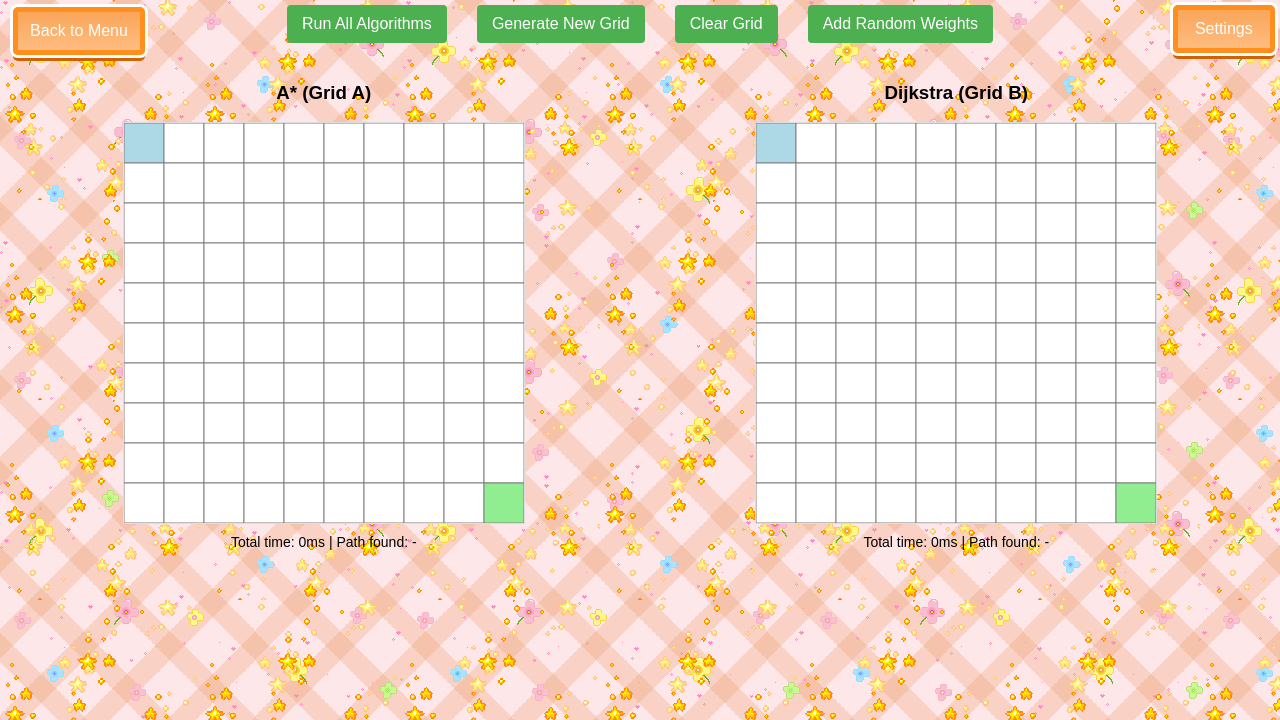
Repository: ramosfranz/Hamster-Crossing
Page: game.html
These files come from the project's save history. The page is drawn as it stood at one moment and after the next save; the edit follows.
The browser window is 1280 px wide. The pictures show the whole page.
Some web fonts or font styles are not loaded; a fallback is used.

Above is the page before, as saved 2025-05-04 23:02:45.

### game.html
<!DOCTYPE html>
<html lang="en">
<head>
    <meta charset="UTF-8">
    <meta name="viewport" content="width=device-width, initial-scale=1.0">
    <link rel="preconnect" href="https://fonts.googleapis.com">
    <link rel="preconnect" href="https://fonts.gstatic.com" crossorigin>
    <link href="https://fonts.googleapis.com/css2?family=Jersey+10+Charted&family=Jersey+20&family=Jersey+25+Charted&display=swap" rel="stylesheet">
    <title>Hamster Crossing</title>
    <link rel="icon" type="image/x-icon" href="assets/images/favicon.ico">
    <link rel="stylesheet" href="styles.css">
</head>
<body>
    <div class="header-buttons">
        <a class="pixelButton" id="backButton" href="menu.html">Back to Menu</a>
        <button class="pixelButton" id="settingsButton">Settings</button>
    </div>

    <!-- Settings Popup -->
    <div id="settingsPopup" class="popup">
        <div class="popup-content">
            <span class="close-popup">&times;</span>
            <h3>Settings</h3>

            <div class="setting-item">
                <label for="volumeSlider">Adjust Volume:</label>
                <input type="range" id="volumeSlider" min="0" max="100" value="50">
            </div>

            <div class="setting-item">
                <label for="hamsterDropdown">Change Hamster:</label>
                <select id="hamsterDropdown">
                    <option value="hamster1">Default Hamster</option>
                    <option value="hamster2">Speedy Hamster</option>
                    <option value="hamster3">Colorful Hamster</option>
                </select>
            </div>

            <div class="setting-item">
                <label>Number of Grids: <span class="grid-count-value">2</span></label>
                <div class="grid-count-container">
                    <input type="range" id="gridCount" min="1" max="5" value="2">
                </div>
            </div>

            <div id="gridSettings">
                <!-- Grid settings will be added here dynamically -->
            </div>

            <button id="applySettings">Apply Settings</button>
        </div>
    </div>
    <div id="controls">
        <button id="runButton">Run All Algorithms</button>
        <button id="generateButton">Generate New Grid</button>
        <button id="clearButton">Clear Grid</button>
        <button id="addWeightsButton">Add Random Weights</button>
    </div>

    <button id="stopButton">Stop and Clear Searching</button>

    <div id="grids-container">
        <!-- Grids will be added here dynamically -->
    </div>

    <!--<script src="pathfind.js" type="module"></script>
    <script src="settingsPopUp.js"  type="module"></script>
    <script src="algorithms.js"  type="module"></script> -->
    <script type="module" src="js/app.js"></script>
</body>
</html>

### styles.css
html, body {
    font-family: "Jersey 20", sans-serif;
    margin: 0;
    padding: 0;
    height: 100%;
    scroll-behavior: smooth;
    background-image:url(assets/images/backgrounds/starbg.gif), url(assets/images/backgrounds/bg_tryA.gif), url(assets/images/backgrounds/bg_hamu.png);
    background-size: auto, auto, 20%;
    background-repeat: auto, auto, space;
    image-rendering: pixelated;
}

.home {
    display: flex;
    flex-direction: column;
    justify-content: center;
    align-items: center;
    height: 100%;
    text-align: center;
}

#logo {
    width: 40%;
    max-height: 100%;
    margin-bottom: 0.5%;
    image-rendering: pixelated;
}

.pixelButton {
    padding: 10px 5%;
    margin-bottom: 3%;
    font-size: 1.5rem;
    color: #fff;
    border: 5px solid #ff8e1c;
    border-radius: 4px;
    background: linear-gradient(to bottom, #f9a65a, #ffbc80);
    box-shadow:
        0 0 0 3px #fff,
        0 6px #d36102;
    cursor: pointer;
    text-align: center;
    font-family: "Jersey 20", sans-serif;
    width: 100%;
    transition: transform 0.1s ease, box-shadow 0.1s ease;
    image-rendering: pixelated;
}

.pixelButton:hover {
    background: linear-gradient(to bottom, #ffa9b8, #ff605f);
    border-color: #ff1a14;
}

.pixelButton:active {
    transform: translateY(4px);
    box-shadow: 0 0 #000;
}


.menu {
    margin-bottom: 20px;
}
button {
    padding: 10px 20px;
    font-size: 16px;
    margin: 5px;
    cursor: pointer;
}

#controls {
    display: flex;
    justify-content: center;
    gap: 20px;
    flex-wrap: wrap;
}
#grids-container {
    display: flex;
    flex-wrap: wrap;
    justify-content: center;
    gap: 20px;
}
.canvas-container {
    display: flex;
    flex-direction: column;
    align-items: center;
    position: relative;
}
.timer {
    margin-top: 10px;
    font-size: 14px;
    text-align: center;
}
#warning {
    color: red;
    font-weight: bold;
    margin: 10px 0;
    text-align: center;
}
#stopButton {
    display: none;
    padding: 10px;
    background-color: red;
    color: white;
    border: none;
    cursor: pointer;
    border-radius: 5px;
    margin: 0 auto;
}
#backButton {
    width: 8%;
    position: fixed;
    left: 1%;
    top: 1%;
    padding: 10px;
    cursor: pointer;
    text-decoration: none;
    font-size: 16px;
    border-radius: 5px;
}

#settingsButton {
    position: fixed;
    width: 8%;
    right: -0%;
    padding: 10px;
    border-radius: 5px;
    cursor: pointer;
    font-size: 16px;
}

button {
    padding: 10px 15px;
    background-color: #4CAF50;
    color: white;
    border: none;
    border-radius: 4px;
    cursor: pointer;
    font-size: 16px;
}
button:hover {
    background-color: #45a049;
}
button:disabled {
    background-color: #cccccc;
    cursor: not-allowed;
}
.weight {
    position: absolute;
    font-size: 10px;
    font-weight: bold;
    color: black;
    pointer-events: none;
}

.header-buttons {
    display: flex;
    justify-content: space-between;
}


.popup {
    display: none;
    position: fixed;
    top: 0;
    left: 0;
    width: 100%;
    height: 100%;
    background-color: rgba(0,0,0,0.5);
    z-index: 1000;
}

.popup-content {
    background-color: white;
    margin: 10% auto;
    padding: 20px;
    width: 50%;
    max-width: 500px;
    border-radius: 8px;
    position: relative;
}

.close-popup {
    position: absolute;
    top: 10px;
    right: 20px;
    font-size: 24px;
    cursor: pointer;
}

.setting-item {
    margin: 15px 0;
}

.setting-item label {
    display: block;
    margin-bottom: 5px;
    font-weight: bold;
}

.setting-item input[type="range"],
.setting-item select,
.setting-item input[type="number"] {
    width: 100%;
    padding: 8px;
    border: 1px solid #ddd;
    border-radius: 4px;
}

#applySettings {
    margin-top: 20px;
    padding: 10px 15px;
    background-color: #4CAF50;
    color: white;
    border: none;
    border-radius: 4px;
    cursor: pointer;
    width: 100%;
}

#applySettings:hover {
    background-color: #45a049;
}

.grid-algorithm-select {
    margin-top: 10px;
}


.popup-content {
    width: 90%;
    max-width: 400px;
    margin: 5% auto;
    padding: 15px;
}

#gridCount {
    width: 100%;
    margin-top: 5px;
}

.grid-count-container {
    display: flex;
    align-items: center;
    gap: 10px;
}

.grid-count-value {
    font-weight: bold;
}

#grids-container {
    display: grid;
    grid-template-columns: repeat(auto-fit, minmax(200px, 1fr));
    gap: 15px;
    padding: 15px;
    width: 100%;
    box-sizing: border-box;
    justify-content: center;
}

/* Grid selection layout */
.grid-selection-row {
    display: flex;
    gap: 15px;
    margin-bottom: 15px;
}

.grid-selection-item {
    flex: 1;
    min-width: 120px;
}

.grid-selection-item.disabled {
    opacity: 0.6;
    pointer-events: none;
}

.grid-selection-item label {
    display: block;
    margin-bottom: 5px;
    color: #333;
}

.grid-selection-item select {
    width: 100%;
    padding: 6px;
    border: 1px solid #ddd;
    border-radius: 4px;
    background: white;
}

.grid-selection-item.disabled select {
    background: #f5f5f5;
}

.canvas-container {
    position: relative;
    width: 100%;
    max-width: 400px;
    margin: 0 auto;
}


.canvas-container canvas {
    width: 100%;
    height: auto;
    aspect-ratio: 1;
    border: 1px solid #ddd;
}

@media (max-width: 600px) {
    #grids-container {
        grid-template-columns: 1fr;
    }

    .popup-content {
        width: 90%;
        margin: 20px auto;
    }
}

@media (min-width: 601px) and (max-width: 1200px) {
    #grids-container {
        grid-template-columns: repeat(auto-fit, minmax(250px, 1fr));
    }
}

/* Modify existing grid count input */
#gridCount[type="range"] {
    -webkit-appearance: none;
    width: 100%;
    height: 8px;
    background: #ddd;
    border-radius: 4px;
}

#gridCount[type="range"]::-webkit-slider-thumb {
    -webkit-appearance: none;
    width: 20px;
    height: 20px;
    background: #4CAF50;
    border-radius: 50%;
    cursor: pointer;
}

### js/app.js
import { initializeGrid } from './gridManager.js';
import { setupEventListeners, renderGrids } from './domManager.js';

export function init() {
    setupEventListeners();
    renderGrids();
    initializeGrid();
}

document.addEventListener('DOMContentLoaded', init);

### js/gridManager.js
import { drawGrid } from './visualizer.js';

export const rows = 10;
export const cols = 10;
export const start = { x: 0, y: 0 };

let grid = [];
let goal = { x: cols - 1, y: rows - 1 };

export function getGrid() { return grid; }
export function getGoal() { return goal; }
export function getStart() { return start; }

export function setGoal(newGoal) {
    // Clear old goal cell
    const oldGoal = goal;
    grid[oldGoal.y][oldGoal.x] = {
        ...grid[oldGoal.y][oldGoal.x],
        wall: false,
        weight: 1
    };

    // Set new goal
    goal = newGoal;

    // Update new goal cell
    grid[newGoal.y][newGoal.x] = {
        ...grid[newGoal.y][newGoal.x],
        wall: false,
        weight: 1
    };
}


export function initializeGrid() {
    grid = [];
    for (let y = 0; y < rows; y++) {
        const row = [];
        for (let x = 0; x < cols; x++) {
            row.push({ wall: false, weight: 1, x, y });
        }
        grid.push(row);
    }
    resetSpecialCells();
    drawGrid();
}

function resetSpecialCells() {
    grid[start.y][start.x] = { ...grid[start.y][start.x], wall: false, weight: 1 };
    grid[goal.y][goal.x] = { ...grid[goal.y][goal.x], wall: false, weight: 1 };
}

export function generateRandomGrid() {
    grid = [];
    for (let y = 0; y < rows; y++) {
        const row = [];
        for (let x = 0; x < cols; x++) {
            row.push({ wall: Math.random() < 0.2, weight: 1, x, y });
        }
        grid.push(row);
    }
    placeRandomGoal();
    resetSpecialCells();
    drawGrid();
}

function placeRandomGoal() {
    let goalPlaced = false;
    while (!goalPlaced) {
        const randomX = Math.floor(Math.random() * cols);
        const randomY = Math.floor(Math.random() * rows);
        if ((randomX !== start.x || randomY !== start.y) && !grid[randomY][randomX].wall) {
            goal = { x: randomX, y: randomY };
            goalPlaced = true;
        }
    }
}

export function addRandomWeights() {
    for (let y = 0; y < rows; y++) {
        for (let x = 0; x < cols; x++) {
            if ((x === start.x && y === start.y) || (x === goal.x && y === goal.y) || grid[y][x].wall) continue;
            grid[y][x].weight = Math.floor(Math.random() * 5) + 1;
        }
    }
    drawGrid();
}

### js/visualizer.js
import { rows, cols, getGrid, getGoal, start } from './gridManager.js';
import { sleep } from './utils.js';

export const canvases = {};
export const ctx = {};


export function registerCanvas(gridId, canvas) {
    canvases[gridId] = canvas;
    ctx[gridId] = canvas.getContext('2d');
}

export function drawGrid() {
    const grid = getGrid();
    const goal = getGoal();

    for (const algorithmId in ctx) {
        const currentCtx = ctx[algorithmId];
        const canvas = canvases[algorithmId];
        const cellSize = canvas.width / cols;

        currentCtx.clearRect(0, 0, canvas.width, canvas.height);

        for (const row of grid) {
            for (const cell of row) {
                if (cell.wall) {
                    currentCtx.fillStyle = "darkgray";
                } else if (cell.x === start.x && cell.y === start.y) {
                    currentCtx.fillStyle = "lightblue";
                } else if (cell.x === goal.x && cell.y === goal.y) {
                    currentCtx.fillStyle = "lightgreen";
                } else {
                    const intensity = 255 - (cell.weight - 1) * 40;
                    currentCtx.fillStyle = `rgb(${intensity}, ${intensity}, ${intensity})`;
                }

                currentCtx.fillRect(cell.x * cellSize, cell.y * cellSize, cellSize, cellSize);
                currentCtx.strokeStyle = "gray";
                currentCtx.strokeRect(cell.x * cellSize, cell.y * cellSize, cellSize, cellSize);

                if (!cell.wall && cell.weight > 1) {
                    currentCtx.fillStyle = "black";
                    currentCtx.font = "12px Arial";
                    currentCtx.textAlign = "center";
                    currentCtx.textBaseline = "middle";
                    currentCtx.fillText(
                        cell.weight.toString(),
                        cell.x * cellSize + cellSize / 2,
                        cell.y * cellSize + cellSize / 2
                    );
                }
            }
        }
    }
}

export async function drawPathWithHead(ctx, cameFrom, current, lineColor, headColor) {
    const path = [];
    const canvas = ctx.canvas;
    const cellSize = canvas.width / cols;
    while (cameFrom[`${current.x},${current.y}`]) {
        path.push(current);
        current = cameFrom[`${current.x},${current.y}`];
    }
    path.reverse();

    for (let i = 0; i < path.length; i++) {
        const cell = path[i];

        if (i > 0) {
            ctx.fillStyle = lineColor;
            const prevCell = path[i - 1];
            ctx.fillRect(prevCell.x * cellSize, prevCell.y * cellSize, cellSize, cellSize);
        }

        ctx.fillStyle = lineColor;
        ctx.fillRect(cell.x * cellSize, cell.y * cellSize, cellSize, cellSize);

        ctx.beginPath();
        ctx.arc(
            cell.x * cellSize + cellSize / 2,
            cell.y * cellSize + cellSize / 2,
            cellSize / 2.5,
            0,
            2 * Math.PI
        );
        ctx.fillStyle = headColor;
        ctx.fill();

        await sleep(200);
    }
}

### js/stateManager.js
export const settings = {
    volume: 50,
    hamster: 'hamster1',
    gridCount: 2,
    gridAlgorithms: ['aStar', 'dijkstra']
};

export let searchInProgress = false;
export const timers = {};

export function setSearchInProgress(value) {
    searchInProgress = value;
}

export function resetTimers() {
    for (const key in timers) {
        timers[key].textContent = "Total time: 0ms | Path found: -";
    }
}

### js/algorithms/aStar.js
import { heuristic, getNeighbors, sleep } from '../utils.js';
import { getGrid, rows, cols, start, getGoal } from '../gridManager.js';
import { drawPathWithHead } from '../visualizer.js';

export async function animateAStar(ctx, timerElement) {
    const grid = getGrid();
    const goal = getGoal();
    const canvas = ctx.canvas;
    const cellSize = canvas.width / cols;
    const neighbors = getNeighbors(grid, cols, rows);
    const waitSecondsSearch = 100;

    const openSet = [start];
    const cameFrom = {};
    const gScore = Array(rows).fill().map(() => Array(cols).fill(Infinity));
    gScore[start.y][start.x] = 0;
    const fScore = Array(rows).fill().map(() => Array(cols).fill(Infinity));
    fScore[start.y][start.x] = heuristic(start, goal);

    const startTime = performance.now();
    let pathFoundTime = null;

    while (openSet.length > 0) {
        openSet.sort((a, b) => fScore[a.y][a.x] - fScore[b.y][b.x]);
        const current = openSet.shift();

        if (current.x === goal.x && current.y === goal.y) {
            pathFoundTime = performance.now() - startTime;
            timerElement.textContent = `Total time: ${Math.round(performance.now() - startTime)}ms | Path found: Yes`;
            await drawPathWithHead(ctx, cameFrom, current, "yellow", "orange");
            return;
        }

        ctx.fillStyle = "rgba(255, 255, 128, 0.5)";
        ctx.fillRect(current.x * cellSize, current.y * cellSize, cellSize, cellSize);
        await sleep(waitSecondsSearch);

        for (const neighbor of neighbors(current)) {
            const tentativeGScore = gScore[current.y][current.x] + grid[neighbor.y][neighbor.x].weight;
            if (tentativeGScore < gScore[neighbor.y][neighbor.x]) {
                cameFrom[`${neighbor.x},${neighbor.y}`] = current;
                gScore[neighbor.y][neighbor.x] = tentativeGScore;
                fScore[neighbor.y][neighbor.x] = tentativeGScore + heuristic(neighbor, goal);

                if (!openSet.some(n => n.x === neighbor.x && n.y === neighbor.y)) {
                    openSet.push(neighbor);
                }
            }
        }

        timerElement.textContent = `Total time: ${Math.round(performance.now() - startTime)}ms | Path found: ${
            pathFoundTime ? Math.round(pathFoundTime) + "ms" : "searching..."
        }`;
    }

    timerElement.textContent = `Total time: ${Math.round(performance.now() - startTime)}ms | Path found: No path`;
}

### js/algorithms/dijkstra.js
import { getNeighbors, sleep } from '../utils.js';
import { getGrid, rows, cols, start, getGoal } from '../gridManager.js';
import { drawPathWithHead } from '../visualizer.js';

export async function animateDijkstra(ctx, timerElement) {
    const grid = getGrid();
    const goal = getGoal();
    const canvas = ctx.canvas;
    const cellSize = canvas.width / cols;
    const neighbors = getNeighbors(grid, cols, rows);
    const waitSecondsSearch = 100;

    const openSet = [start];
    const cameFrom = {};
    const dist = Array(rows).fill().map(() => Array(cols).fill(Infinity));
    dist[start.y][start.x] = 0;

    const startTime = performance.now();
    let pathFoundTime = null;

    while (openSet.length > 0) {
        openSet.sort((a, b) => dist[a.y][a.x] - dist[b.y][b.x]);
        const current = openSet.shift();

        if (current.x === goal.x && current.y === goal.y) {
            pathFoundTime = performance.now() - startTime;
            timerElement.textContent = `Total time: ${Math.round(performance.now() - startTime)}ms | Path found: Yes`;
            await drawPathWithHead(ctx, cameFrom, current, "orange", "red");
            return;
        }

        ctx.fillStyle = "rgba(240, 128, 128, 0.5)";
        ctx.fillRect(current.x * cellSize, current.y * cellSize, cellSize, cellSize);
        await sleep(waitSecondsSearch);

        for (const neighbor of neighbors(current)) {
            const newDist = dist[current.y][current.x] + grid[neighbor.y][neighbor.x].weight;
            if (newDist < dist[neighbor.y][neighbor.x]) {
                cameFrom[`${neighbor.x},${neighbor.y}`] = current;
                dist[neighbor.y][neighbor.x] = newDist;

                if (!openSet.some(n => n.x === neighbor.x && n.y === neighbor.y)) {
                    openSet.push(neighbor);
                }
            }
        }

        timerElement.textContent = `Total time: ${Math.round(performance.now() - startTime)}ms | Path found: ${
            pathFoundTime ? Math.round(pathFoundTime) + "ms" : "searching..."
        }`;
    }

    timerElement.textContent = `Total time: ${Math.round(performance.now() - startTime)}ms | Path found: No path`;
}

### js/algorithms/bfs.js
import { getNeighbors, sleep } from '../utils.js';
import { getGrid, rows, cols, start, getGoal } from '../gridManager.js';
import { drawPathWithHead } from '../visualizer.js';

export async function animateBFS(ctx, timerElement) {
    const grid = getGrid();
    const goal = getGoal();
    const canvas = ctx.canvas;
    const cellSize = canvas.width / cols;
    const neighbors = getNeighbors(grid, cols, rows);
    const waitSecondsSearch = 100;

    const queue = [start];
    const cameFrom = {};
    const visited = Array(rows).fill().map(() => Array(cols).fill(false));
    visited[start.y][start.x] = true;

    const startTime = performance.now();
    let pathFoundTime = null;

    while (queue.length > 0) {
        const current = queue.shift();

        if (current.x === goal.x && current.y === goal.y) {
            pathFoundTime = performance.now() - startTime;
            timerElement.textContent = `Total time: ${Math.round(performance.now() - startTime)}ms | Path found: Yes`;
            await drawPathWithHead(ctx, cameFrom, current, "lightblue", "blue");
            return;
        }

        ctx.fillStyle = "rgba(173, 216, 230, 0.5)";
        ctx.fillRect(current.x * cellSize, current.y * cellSize, cellSize, cellSize);
        await sleep(waitSecondsSearch);

        for (const neighbor of neighbors(current)) {
            if (!visited[neighbor.y][neighbor.x]) {
                visited[neighbor.y][neighbor.x] = true;
                cameFrom[`${neighbor.x},${neighbor.y}`] = current;
                queue.push(neighbor);
            }
        }

        timerElement.textContent = `Total time: ${Math.round(performance.now() - startTime)}ms | Path found: ${
            pathFoundTime ? Math.round(pathFoundTime) + "ms" : "searching..."
        }`;
    }

    timerElement.textContent = `Total time: ${Math.round(performance.now() - startTime)}ms | Path found: No path`;
}

### js/algorithms/dfs.js
import { getNeighbors, sleep } from '../utils.js';
import { getGrid, rows, cols, start, getGoal } from '../gridManager.js';
import { drawPathWithHead } from '../visualizer.js';

export async function animateDFS(ctx, timerElement) {
    const grid = getGrid();
    const goal = getGoal();
    const canvas = ctx.canvas;
    const cellSize = canvas.width / cols;
    const neighbors = getNeighbors(grid, cols, rows);
    const waitSecondsSearch = 100;

    const stack = [start];
    const cameFrom = {};
    const visited = Array(rows).fill().map(() => Array(cols).fill(false));
    visited[start.y][start.x] = true;

    const startTime = performance.now();
    let pathFoundTime = null;

    while (stack.length > 0) {
        const current = stack.pop();

        if (current.x === goal.x && current.y === goal.y) {
            pathFoundTime = performance.now() - startTime;
            timerElement.textContent = `Total time: ${Math.round(performance.now() - startTime)}ms | Path found: Yes`;
            await drawPathWithHead(ctx, cameFrom, current, "red", "purple");
            return;
        }

        ctx.fillStyle = "rgba(255, 0, 0, 0.5)";
        ctx.fillRect(current.x * cellSize, current.y * cellSize, cellSize, cellSize);
        await sleep(waitSecondsSearch);

        for (const neighbor of neighbors(current)) {
            if (!visited[neighbor.y][neighbor.x]) {
                visited[neighbor.y][neighbor.x] = true;
                cameFrom[`${neighbor.x},${neighbor.y}`] = current;
                stack.push(neighbor);
            }
        }

        timerElement.textContent = `Total time: ${Math.round(performance.now() - startTime)}ms | Path found: ${
            pathFoundTime ? Math.round(pathFoundTime) + "ms" : "searching..."
        }`;
    }

    timerElement.textContent = `Total time: ${Math.round(performance.now() - startTime)}ms | Path found: No path`;
}

### js/utils.js
export const sleep = (ms) => new Promise(resolve => setTimeout(resolve, ms));

export const heuristic = (a, b) => Math.abs(a.x - b.x) + Math.abs(a.y - b.y);

export const getNeighbors = (grid, cols, rows) => ({ x, y }) => {
    const neighbors = [];
    if (x > 0 && !grid[y][x - 1].wall) neighbors.push(grid[y][x - 1]);
    if (x < cols - 1 && !grid[y][x + 1].wall) neighbors.push(grid[y][x + 1]);
    if (y > 0 && !grid[y - 1][x].wall) neighbors.push(grid[y - 1][x]);
    if (y < rows - 1 && !grid[y + 1][x].wall) neighbors.push(grid[y + 1][x]);
    return neighbors;
};

Loaded but not shown: js/domManager.js (305 lines, source omitted); js/algorithms/bellmanFord.js (82 lines, source omitted)

After the next save:
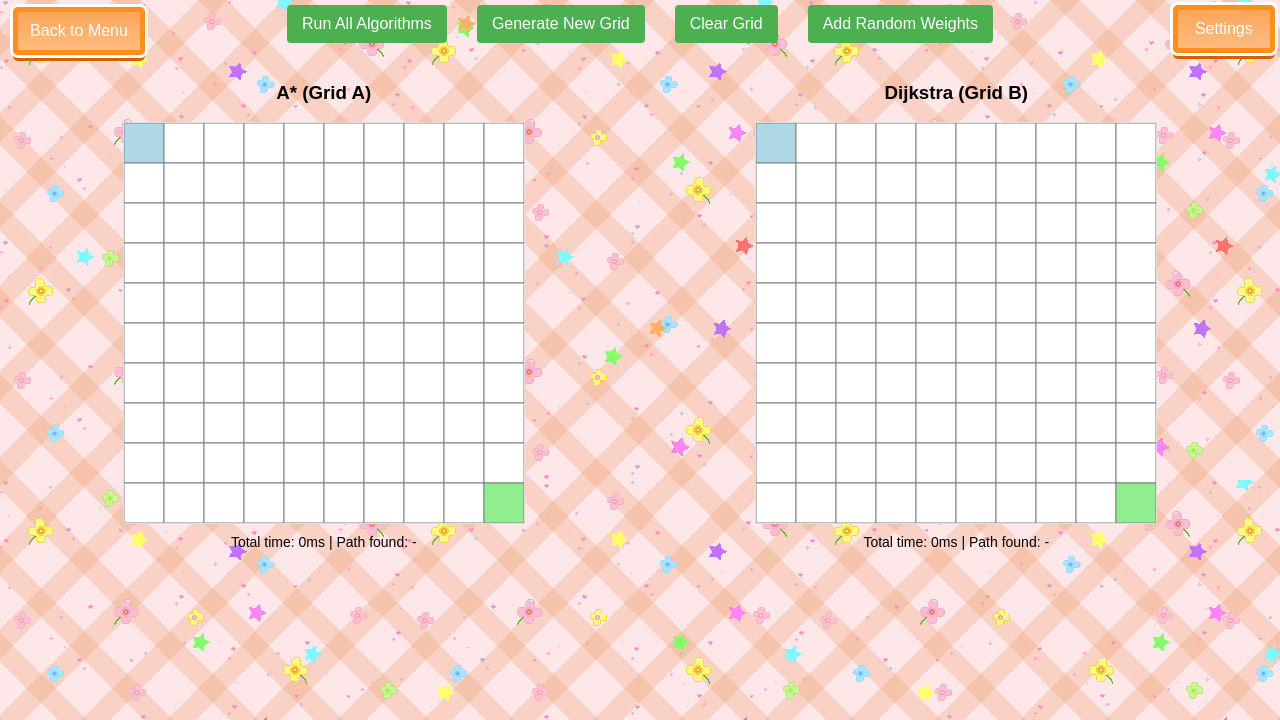
Saved 30 s later.
--- a/styles.css
+++ b/styles.css
@@ -4,7 +4,7 @@ html, body {
     padding: 0;
     height: 100%;
     scroll-behavior: smooth;
-    background-image:url(assets/images/backgrounds/starbg.gif), url(assets/images/backgrounds/bg_tryA.gif), url(assets/images/backgrounds/bg_hamu.png);
+    background-image:url(assets/images/backgrounds/bg_try.gif), url(assets/images/backgrounds/bg_tryA.gif), url(assets/images/backgrounds/bg_hamu.png);
     background-size: auto, auto, 20%;
     background-repeat: auto, auto, space;
     image-rendering: pixelated;
